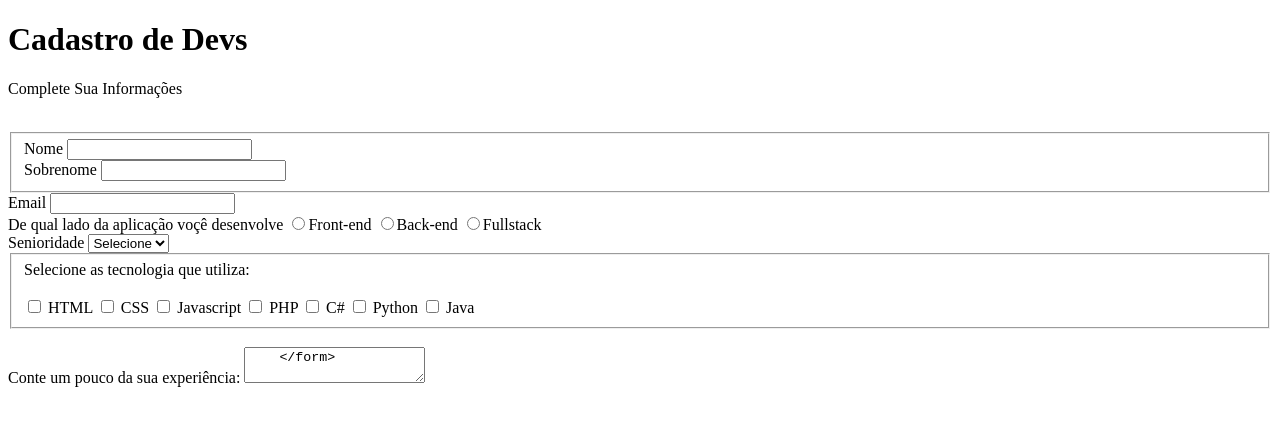
Repository: 2020francesco/formulario
Page: formulario.html
These files come from the project's save history. The page is drawn as it stood at one moment and after a run of saves; the edit follows.
The browser window is 1280 px wide. The pictures show the whole page.

Above is the page before, as saved 2021-04-20 12:05:24.

After the next 3 saves:
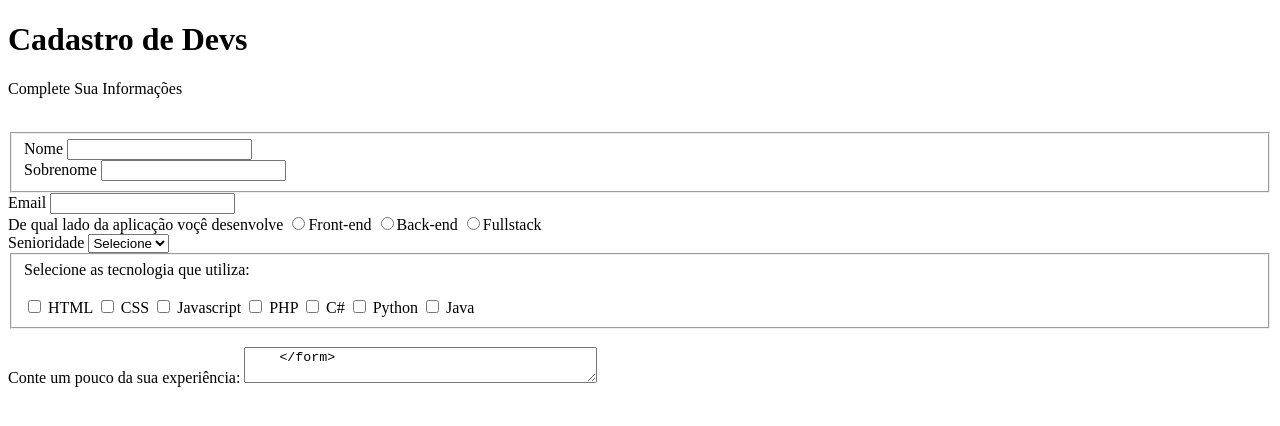
The 3 saves are shown as one change because they came seconds apart.
The last was saved 8 s later.
--- a/formulario.html
+++ b/formulario.html
@@ -80,7 +80,7 @@
       <div>
         <br>
         <label>Conte um pouco da sua experiência: </label>
-        <textarea row="6" style=
+        <textarea row="6" style="width: 26em"
       </div>
     </form>
 
